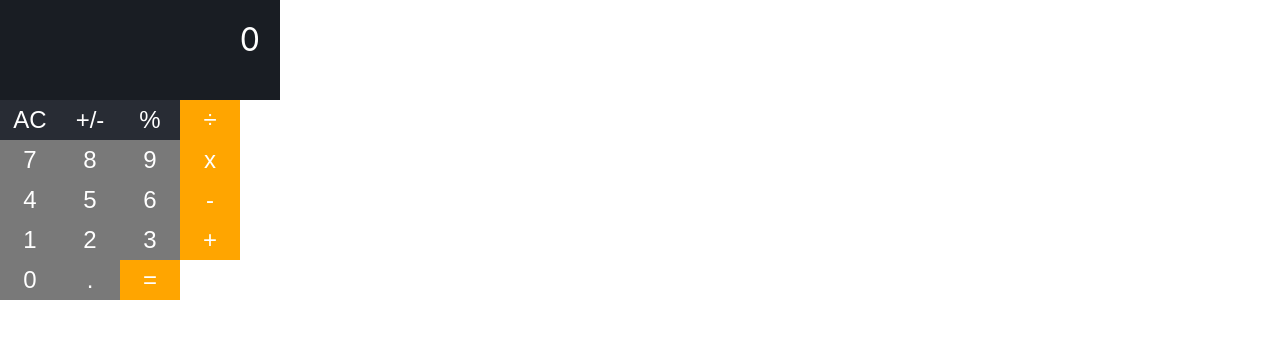
Repository: catsarenotreal/CalculatorWebApp
Page: /
These files come from the project's save history. The page is drawn as it stood at one moment and after the next save; the edit follows.
The browser window is 1280 px wide. The pictures show the whole page.
The project was rebuilt for these pictures with package versions that can differ from the ones it lists, and the page was loaded fresh each time.

Above is the page before, as saved 2024-08-23 10:27:19.

### src/App.tsx
import React from 'react';
// import logo from './logo.svg';
import { useState } from 'react';
import './App.css';

let stack : string[] = [];
var currNum : number = 0;

// const [display, setDisplay] = useState(0);

type Props = {
  val : string;
  colour : 'orange'|'darkgrey'|'lightgrey';
}

function refresh(){

}

// function calculation(op : string) { // when pressing operations, the prior evaluation is supposed to show

//   // var currNum : number;


//   let newNum : number = Number(stack.join());
//   stack.length = 0; // clearing stack

//   switch (op){ // er this is wrong
//     case "+":
//       currNum += newNum;
//       break;
//     case "-":
//       currNum -= newNum;
//       break;
//     case "÷":
//       if (newNum === 0) {
//         refresh(); // display not a number and refresh backend
//       }
//       currNum /= newNum;
//       break;
//     case "x":
//       currNum *= newNum;
//       break;
//   }


//   setDisplay(currNum);

// }

function DisplayScreen(props : Props){
  return <div className = "box">
    currNum;
  </div>
}

function Buttons(props : Props){

  const [display, setDisplay] = useState(0);

  const val = props.val;
  const colour = props.colour;

  function calculation(op : string) { // when pressing operations, the prior evaluation is supposed to show

    let newNum : number = Number(stack.join());
    stack.length = 0; // clearing stack

    switch (op){ // er this is wrong
      case "+":
        currNum += newNum;
        break;
      case "-":
        currNum -= newNum;
        break;
      case "÷":
        if (newNum === 0) {
          refresh(); // display not a number and refresh backend
        }
        currNum /= newNum;
        break;
      case "x":
        currNum *= newNum;
        break;
    }

    setDisplay(currNum);

  }


  function handleClick(props : Props){
    const val = props.val;

    if (val === "+" || val === "-" || val === "x" || val === "÷"){
      var output = calculation(val);
    }
    else{
      stack.push(val);
      let newNum : number = Number(stack.join());
      setDisplay(newNum);
    }
  }

  return <button className = {`Buttons ${colour}`} onClick = {() => handleClick(props)}>
    {val}
  </button>
}

export default function Calc() {
  return (
    <main>
      <div className = "row">
        <div className= "DisplayScreen">{currNum}</div>
      </div>
      <div className = "row">
        <Buttons val={'AC'} colour = 'darkgrey'/>
        <Buttons val={'+/-'} colour = 'darkgrey'/>
        <Buttons val={'%'} colour = 'darkgrey'/ >
        <Buttons val={'÷'} colour = 'orange' />
      </div>
      <div className = "row">
        <Buttons val={'7'} colour = 'lightgrey'/>
        <Buttons val={'8'} colour = 'lightgrey'/>
        <Buttons val={'9'} colour = 'lightgrey'/ >
        <Buttons val={'x'} colour = 'orange' />
      </div>
      <div className = "row">
        <Buttons val={'4'} colour = 'lightgrey'/>
        <Buttons val={'5'} colour = 'lightgrey'/>
        <Buttons val={'6'} colour = 'lightgrey'/ >
        <Buttons val={'-'} colour = 'orange' />
      </div>
      <div className = "row">
        <Buttons val={'1'} colour = 'lightgrey'/>
        <Buttons val={'2'} colour = 'lightgrey'/>
        <Buttons val={'3'} colour = 'lightgrey'/ >
        <Buttons val={'+'} colour = 'orange' />
      </div>
      <div className = "row">
        <Buttons val={'0'} colour = 'lightgrey'/>
        <Buttons val={'.'} colour = 'lightgrey'/>
        <Buttons val={'='} colour = 'orange'/>
      </div>
    </main>

  );
}

### src/App.css
.App {
  text-align: center;
}

.App-logo {
  height: 40vmin;
  pointer-events: none;
}


.App-header {
  background-color: #282c34;
  min-height: 100vh;
  display: flex;
  flex-direction: column;
  align-items: center;
  justify-content: center;
  font-size: calc(10px + 2vmin);
  color: white;
}

.App-link {
  color: #61dafb;
}


/* .DisplayScreen {
  background-color: rgb(24, 24, 24);
  text-align: right;
} */

.Buttons {
  text-align: center;
  box-shadow: none;
  outline: none;
  border: none;
  font-size: 1.5rem;
  color: white;
  height: 40px;
  width: 60px;
}

.Buttons.orange{
  background-color: orange;
}

.Buttons.lightgrey{
  background-color: #797979;
}

.Buttons.darkgrey{
  background-color:#282c34;
}

.DisplayScreen{
  width: 240px;
  height: 60px;
  padding:20px;
  /* font-size: 100;
   */
  font-size:xx-large;
  text-align: right;

  background-color: #191d23;
  color: white;
}





@keyframes App-logo-spin {
  from {
    transform: rotate(0deg);
  }
  to {
    transform: rotate(360deg);
  }
}

Loaded but not shown: public/index.html (common file); src/index.tsx (common file); src/index.css (common file); src/reportWebVitals.ts (common file)

After the next save:
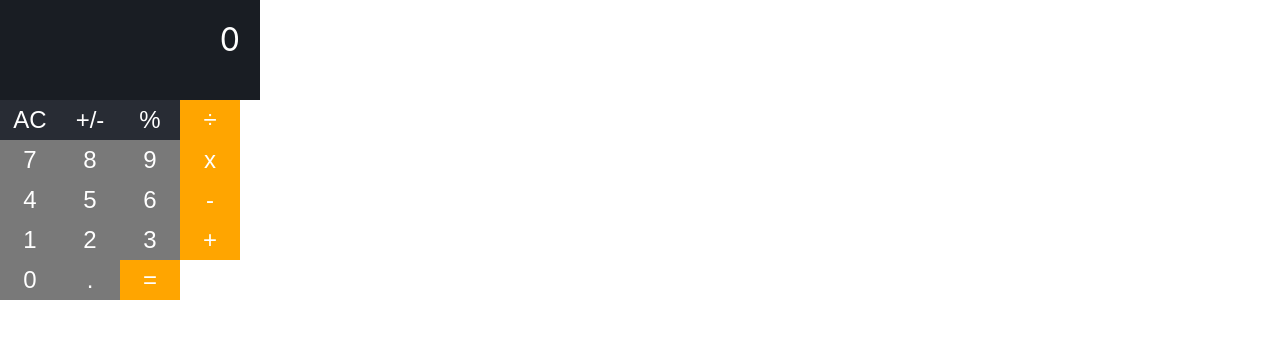
Saved 12 s later.
--- a/src/App.css
+++ b/src/App.css
@@ -53,7 +53,7 @@
 }
 
 .DisplayScreen{
-  width: 240px;
+  width: 220px;
   height: 60px;
   padding:20px;
   /* font-size: 100;
